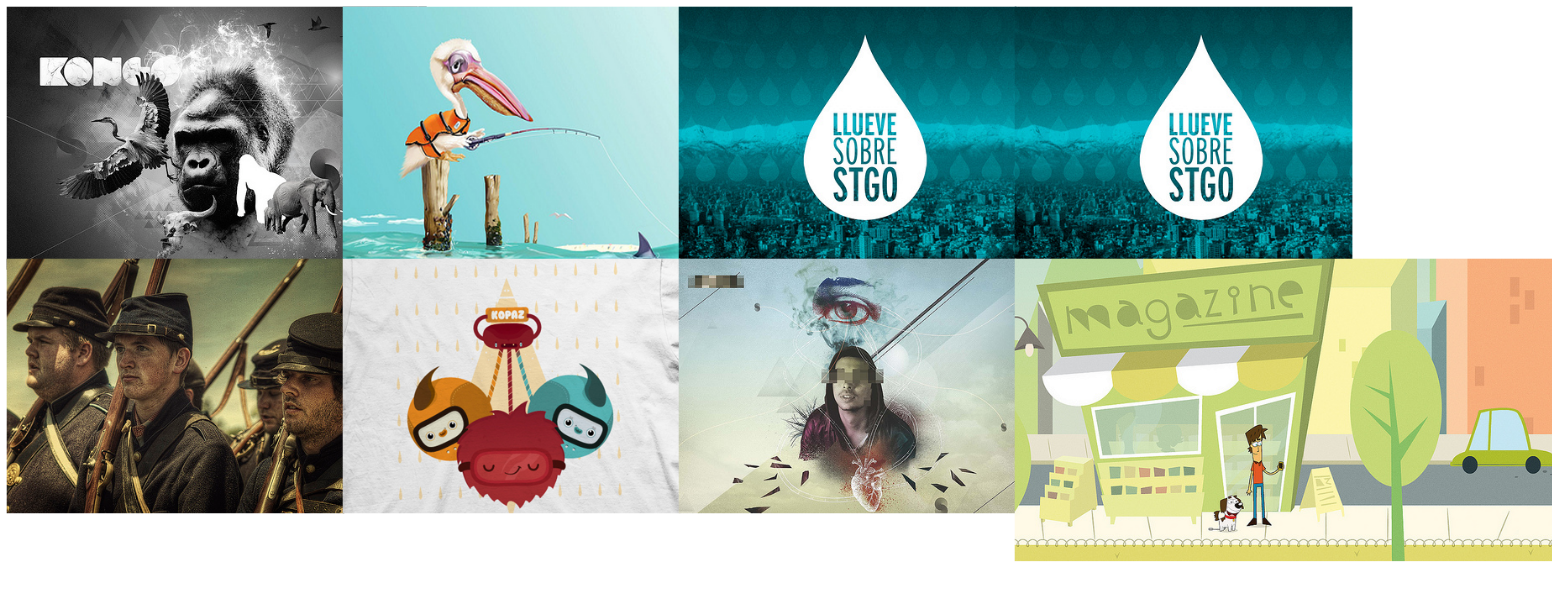
Repository: iravakilova/Brandi
Page: app/works1.html
These files come from the project's save history. The page is drawn as it stood at one moment and after the next save; the edit follows.
The browser window is 1280 px wide. The page is 1848 px wide, so the pictures cover 1848 px, including what lies to the right of the window. The pictures show the whole page, at 84% of full size.

Above is the page before, as saved 2020-02-16 22:56:52.

After the next save:
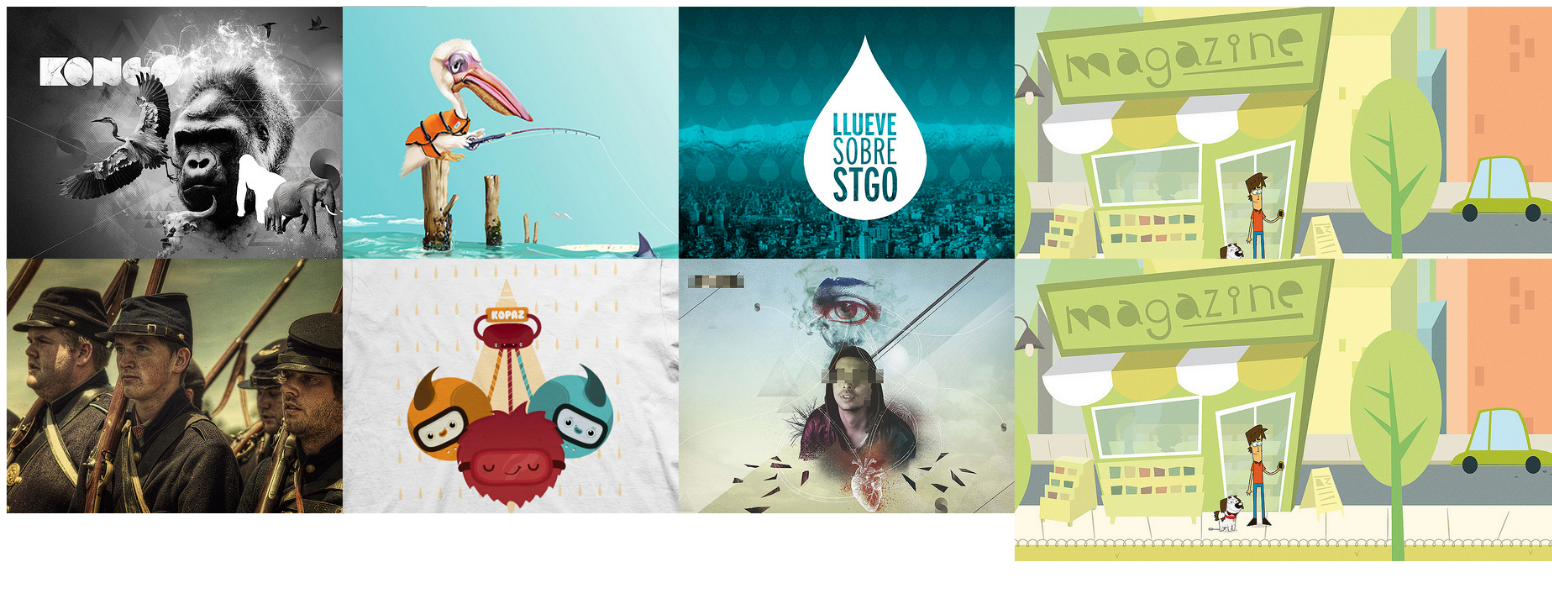
Saved 31 s later.
--- a/app/works1.html
+++ b/app/works1.html
@@ -23,7 +23,7 @@
             <img src="./img/works-1.png" alt="">
             <img src="./img/works-2.png" alt="">
             <img src="./img/works-4.png" alt="">
-            <img src="./img/works-4.png" alt="">
+            <img src="./img/works-8.png" alt="">
             <img src="./img/works-5.png" alt="">
             <img src="./img/works-6.png" alt="">
             <img src="./img/works-7.png" alt="">

After the save that followed:
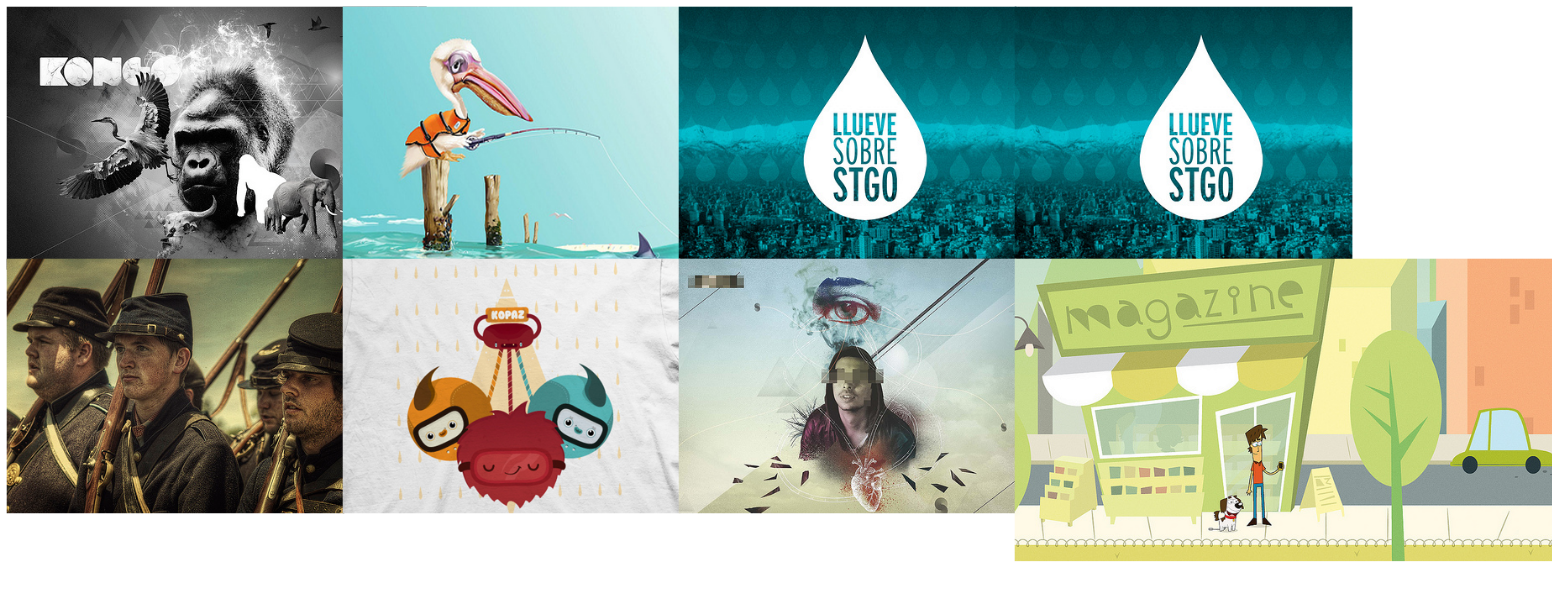
Saved 9 s later.
--- a/app/works1.html
+++ b/app/works1.html
@@ -23,7 +23,7 @@
             <img src="./img/works-1.png" alt="">
             <img src="./img/works-2.png" alt="">
             <img src="./img/works-4.png" alt="">
-            <img src="./img/works-8.png" alt="">
+            <img src="./img/works-4.png" alt="">
             <img src="./img/works-5.png" alt="">
             <img src="./img/works-6.png" alt="">
             <img src="./img/works-7.png" alt="">
